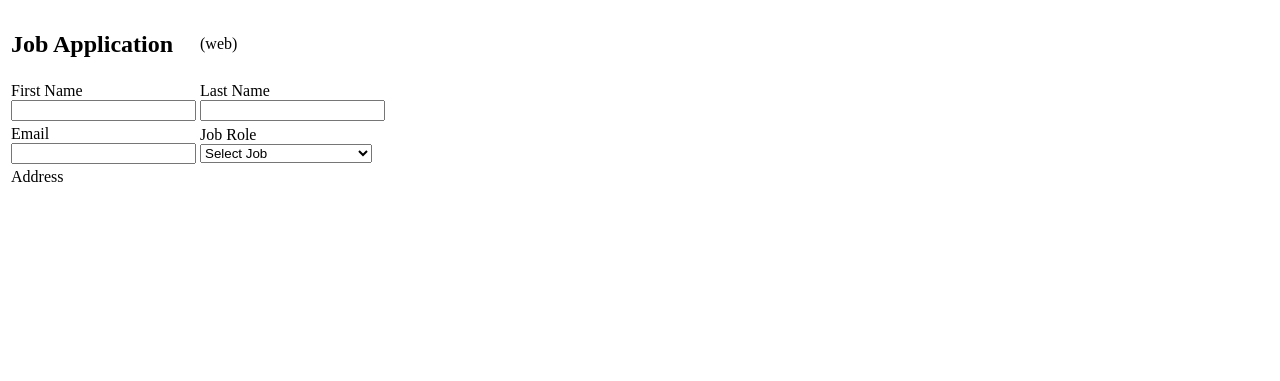
Repository: diensy/JOB-APPLICATION
Page: index.html
An editor plug-in stored every save of this project. The page is shown before and after the next save, followed by the edit.
The browser window is 1280 px wide. The pictures show the whole page.

Above is the page before, as saved 2024-02-27 00:29:29.

### index.html
<!DOCTYPE html>
<html lang="en">
  <head>
    <meta charset="UTF-8" />
    <meta name="viewport" content="width=device-width, initial-scale=1.0" />
    <title>Job Application</title>
  </head>
  <body>
    <form action="">
      <table>
        <tr>
          <td>
            <h2>Job Application</h2>
          </td>
          <td><p>(web)</p></td>
        </tr>
        <tr>
          <td>
            <label for="firstname" id="first">First Name</label>
            <br />
            <input type="text" id="first" />
          </td>
          <td>
            <label for="Lastname" id="last">Last Name</label>
            <br />
            <input type="text" id="last" />
          </td>
        </tr>
        <tr>
          <td>
            <label for="Email" id="Email">Email</label>
            <br />
            <input type="text" id="Email" />
          </td>
          <td>
            <label for="JobRole" id="Job">Job Role</label>
            <br />
            <select name="JobRole" id="Job">
              <option value="Select Job">Select Job</option>
              <option value="JAVA">JAVA DEVELOPER</option>
              <option value="WEB">WEB DEVELOPER</option>
              <option value="BACKEND">BACKEND DEVELOPER</option>
              <option value="MERN DEVELOPER">MERN DEVELOPER</option>
            </select>
          </td>
        </tr>
        <tr>
          <td>
            <label for="Address" id="address">Address</label>
            <br />
          </td>
        </tr>
      </table>
    </form>
  </body>
</html>

After the next save:
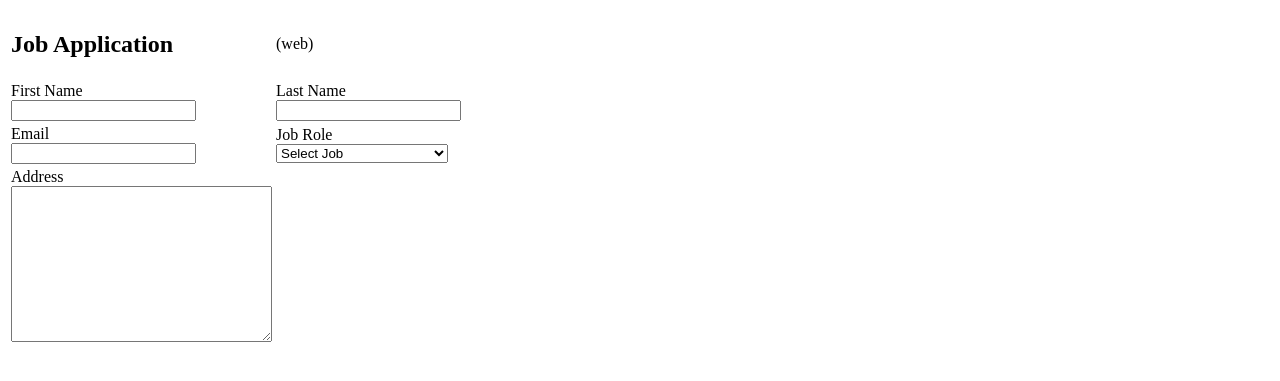
Saved 16 s later.
--- a/index.html
+++ b/index.html
@@ -48,6 +48,12 @@
           <td>
             <label for="Address" id="address">Address</label>
             <br />
+            <textarea
+              name="Address"
+              id="address"
+              cols="30"
+              rows="10"
+            ></textarea>
           </td>
         </tr>
       </table>
